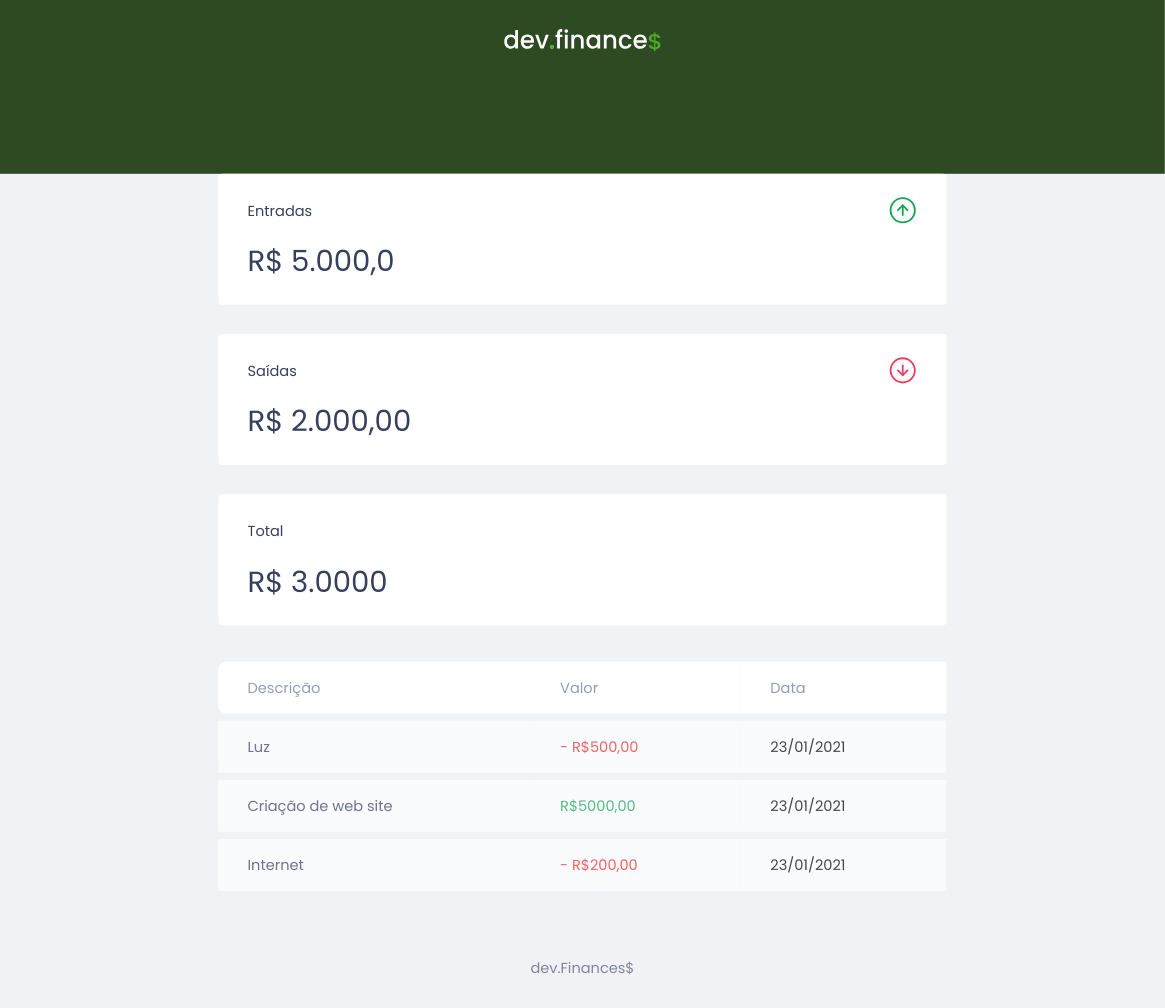
Repository: rafaelmgr12/maratona-dev01
Page: index.html
These files come from the project's save history. The page is drawn as it stood at one moment and after the next save; the edit follows.
The browser window is 1280 px wide. The pictures show the whole page, at 91% of full size.

Above is the page before, as saved 2021-04-27 20:23:33.

After the next save:
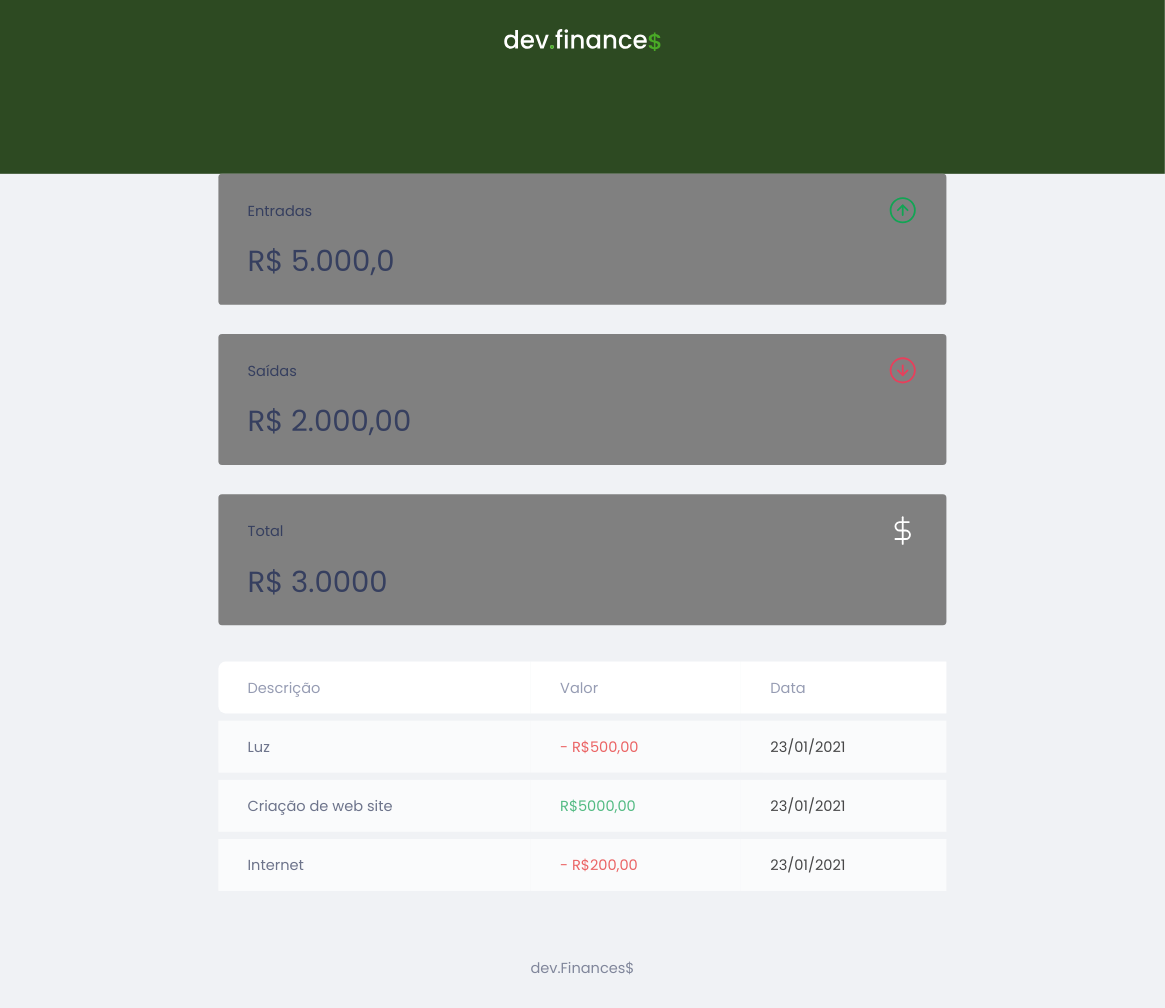
Saved 12 s later.
--- a/style.css
+++ b/style.css
@@ -63,7 +63,7 @@
 /* Cards ======================================== */
 
 .card {
-  background: white;
+  background:grey;
   padding: 1.5rem 2rem;
   border-radius: 0.25rem;
 

After the 2 saves that followed:
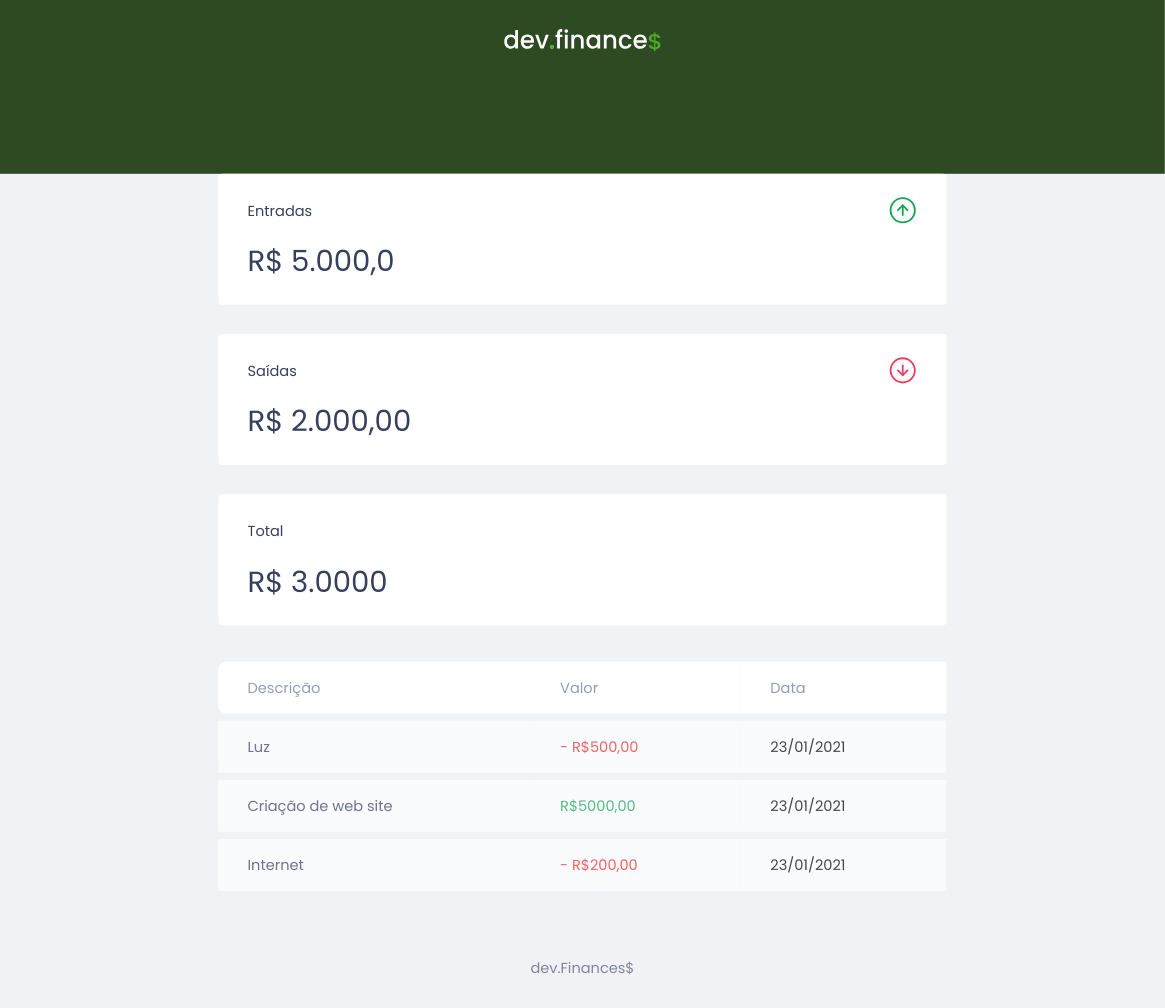
The 2 saves are shown as one change because they came seconds apart.
The last was saved 14 s later.
--- a/style.css
+++ b/style.css
@@ -63,7 +63,7 @@
 /* Cards ======================================== */
 
 .card {
-  background:grey;
+  background : white;
   padding: 1.5rem 2rem;
   border-radius: 0.25rem;
 
